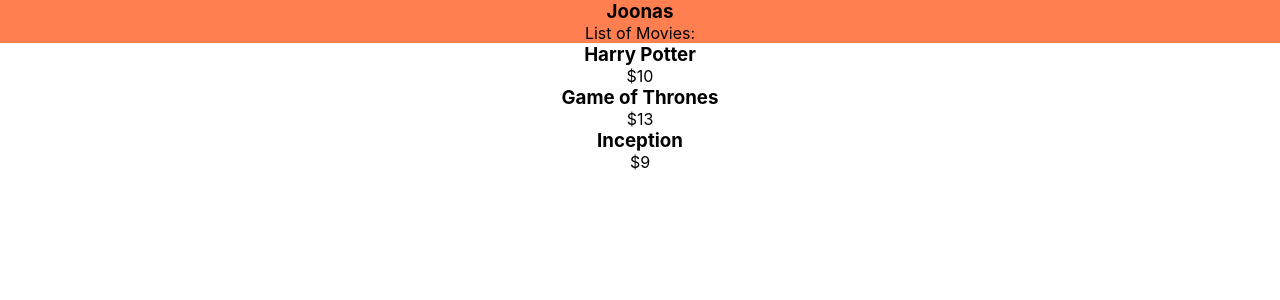
Repository: SubmergedSnake/react-usecontext
Page: /
An editor plug-in stored every save of this project. The page is shown before and after the next save, followed by the edit.
The browser window is 1280 px wide. The pictures show the whole page.
The project was rebuilt for these pictures with package versions that can differ from the ones it lists, and the page was loaded fresh each time.

Above is the page before, as saved 2020-11-21 18:50:57.

After the next save:
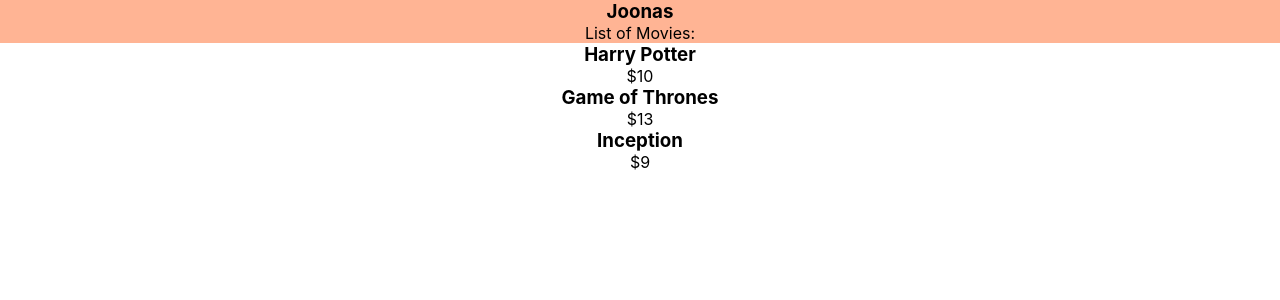
Saved 47 s later.
--- a/src/Nav.js
+++ b/src/Nav.js
@@ -1,7 +1,7 @@
 import React from 'react';
 
 const navStyle = {
-    background: 'coral',
+    background: '#FFB494',
   };
 
 
